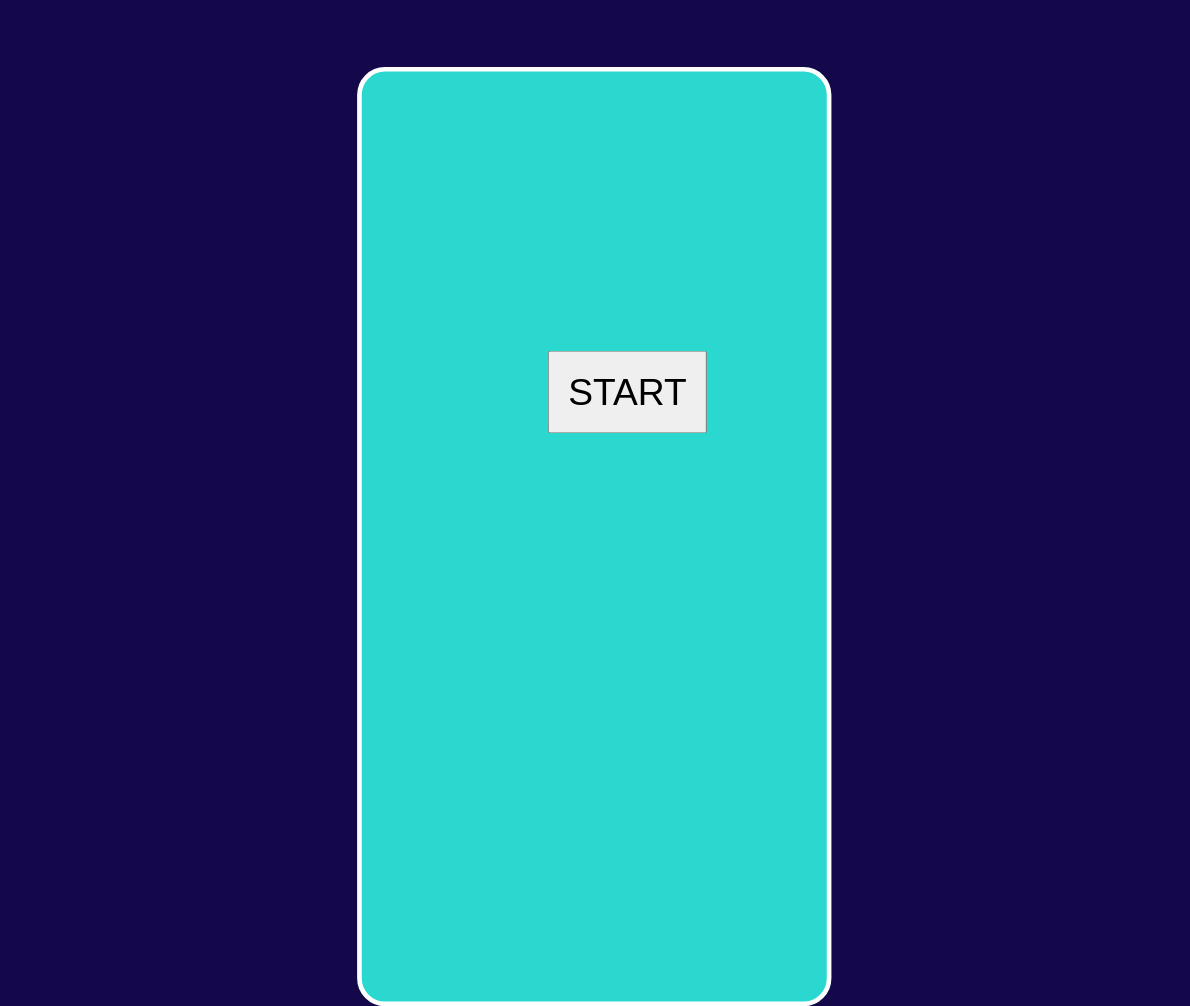
Repository: 1000sky/Inorganic_chemistry_application
Page: http://localhost/start
The author's editor kept a copy of each file at every save. The page is drawn from the files as they stood at one save, then again after the next save.
The browser window is 1280 px wide. The pictures show the whole page, at 93% of full size.
The page is served by the project's Laravel application, run on PHP 8.4 with Laravel 8. Other server files are loaded and not shown.

Above is the page before, as saved 2022-07-12 10:16:42.

### application/routes/web.php
<?php

use Illuminate\Support\Facades\Route;

/*
|--------------------------------------------------------------------------
| Web Routes
|--------------------------------------------------------------------------
|
| Here is where you can register web routes for your application. These
| routes are loaded by the RouteServiceProvider within a group which
| contains the "web" middleware group. Now create something great!
|
*/

Route::get('/home', function () {
    return view('welcome');
});

Route::get('/', function () {
    return view('index');
});

Route::get('/start', function () {
    return view('/start');
});

### application/resources/views/start.blade.php
<!DOCTYPE html>
<html lang="ja">
<head>
    <meta charset="UTF-8">
    <meta name="viewport" content="width=device-width, initial-scale=1.0">
    <meta http-equiv="X-UA-Compatible" content="ie=edge">
    <title>Inorganic_chemistry_application</title>
    <link rel="stylesheet" href="css/reset.css" >
    <link rel="stylesheet" href="css/start.css" />
</head>
<body>
    <div class=card>
        <button class=start_button onclick="location.href='/'">START</button>
    </div>

### application/public/css/start.css
body {
    background-color: rgb(20, 8, 75);
}

.card {
  position: absolute;
  top: 10%;
  left:30%;
  width: 500px;
  height: 1000px;
  background-color: rgb(42, 216, 208);
  border: solid 5px white;
  border-radius: 30px;
}

.start_button {
  font-size: 2.5rem;
  position: absolute;
  top: 30%;
  left: 40%;
  text-align: center;
  padding: 20px;
}

Loaded but not shown: application/public/css/reset.css (common file)

After the next save:
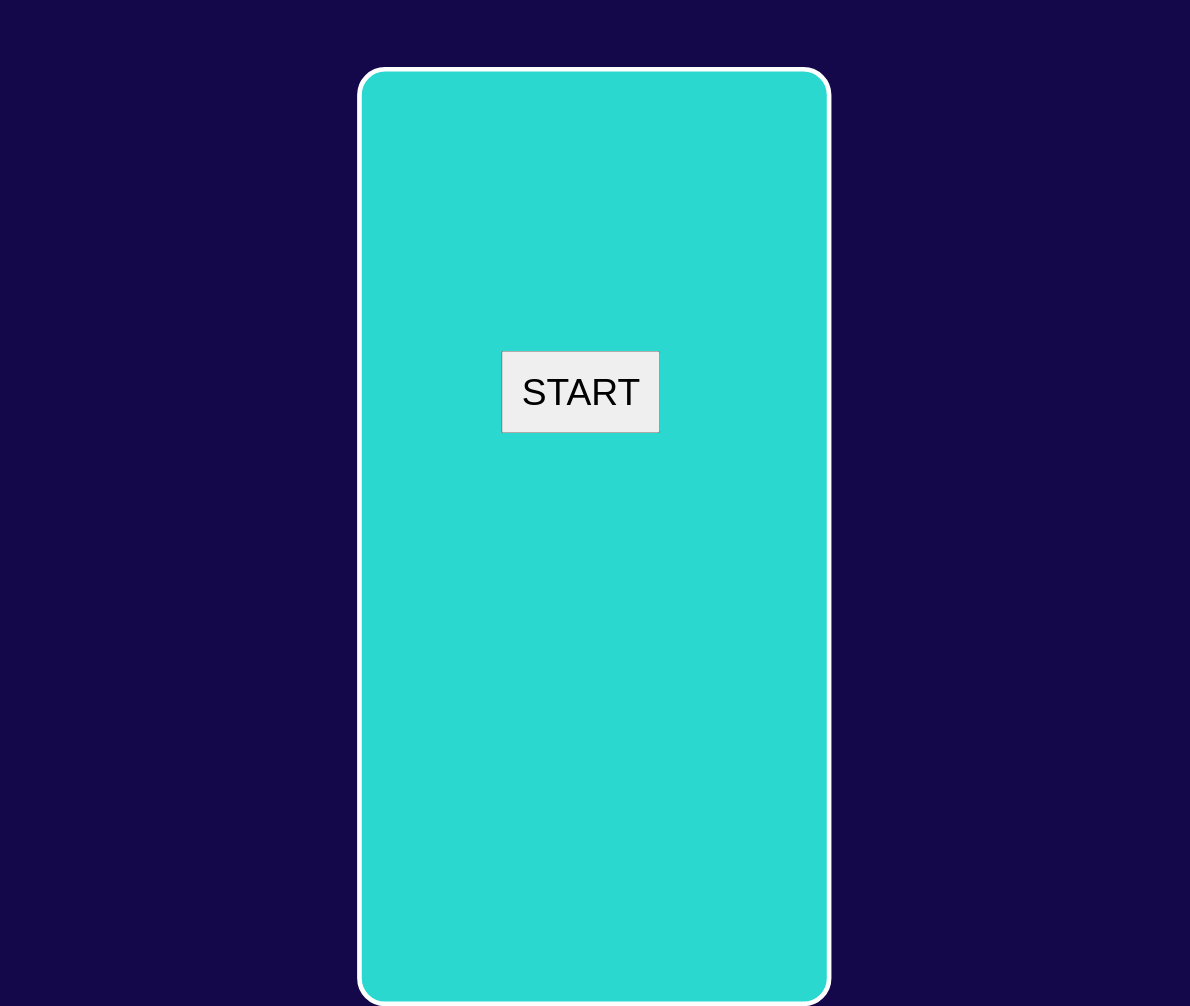
Saved 28 s later.
--- a/application/public/css/start.css
+++ b/application/public/css/start.css
@@ -17,7 +17,7 @@ body {
   font-size: 2.5rem;
   position: absolute;
   top: 30%;
-  left: 40%;
+  left: 30%;
   text-align: center;
   padding: 20px;
 }
